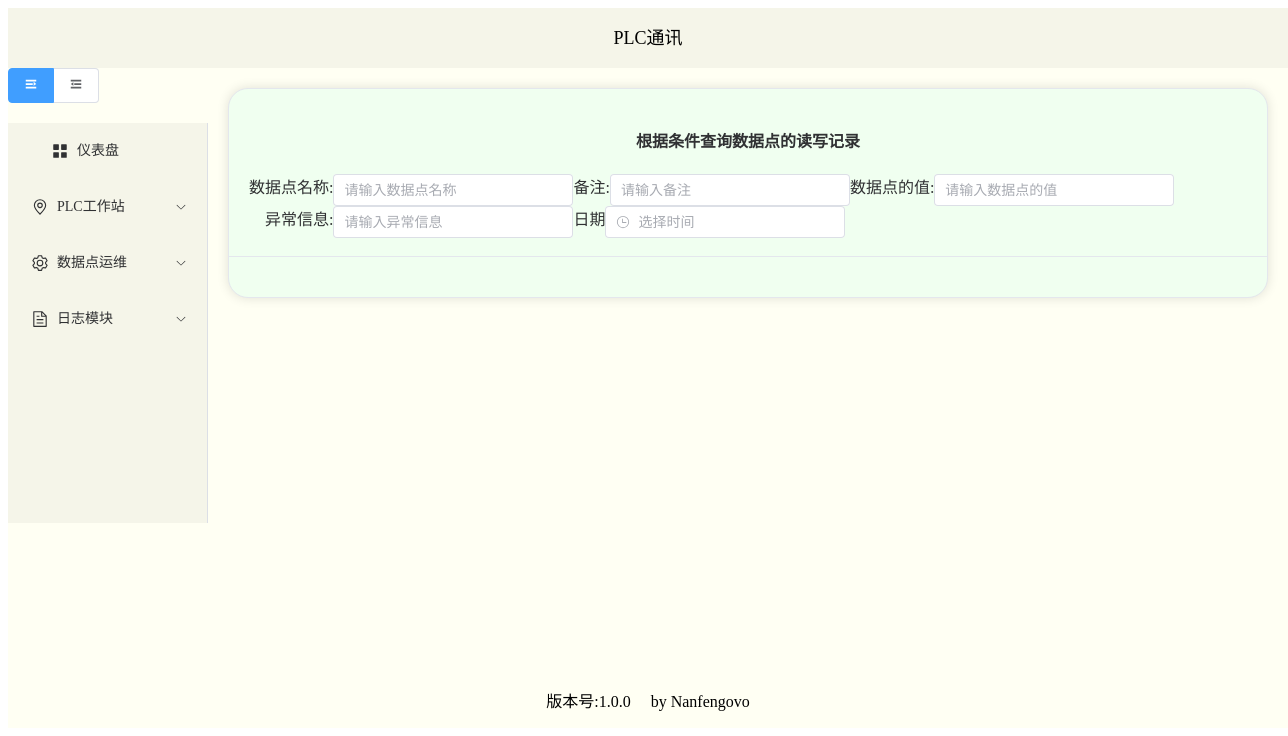
Repository: nanfengovo/HelperWorkStation
Page: /#/frameWork/PLCWorkstation/S7 (app in HelperWorkStation/plchelper-ui/)
These files come from the project's save history. The page is drawn as it stood at one moment and after the next save; the edit follows.
The browser window is 1280 px wide. The page is 1288 px wide, so the pictures cover 1288 px, including what lies to the right of the window. The pictures show the whole page.
The project was rebuilt for these pictures with package versions that can differ from the ones it lists, and the page was loaded fresh each time. Also part of the build but not shown: HelperWorkStation/plchelper-ui/vite.config.ts, HelperWorkStation/plchelper-ui/src/views/Login/index.vue.

Above is the page before, as saved 2025-02-15 23:59:28.

### HelperWorkStation/plchelper-ui/index.html
<!DOCTYPE html>
<html lang="">
  <head>
    <meta charset="UTF-8">
    <link rel="icon" href="/icon-park-outline--cpu.png">
    <meta name="viewport" content="width=device-width, initial-scale=1.0">
    <title>PLCHelper Station</title>
  </head>
  <body>
    <div id="app"></div>
    <script type="module" src="/src/main.ts"></script>
  </body>
</html>

<style>
  #app{
    /* display: flex;
    justify-content: center;
    align-items: center; */
    height: 100vh;
    width: 100vw;
  }
</style>

### HelperWorkStation/plchelper-ui/src/main.ts
// import './assets/main.css'

import { createApp } from 'vue'
import ElementPlus from 'element-plus'
import 'element-plus/dist/index.css'
import { createPinia } from 'pinia'

import App from './App.vue'
import * as ElementPlusIconsVue from '@element-plus/icons-vue'
//element-plus转换中文
import zhCn from 'element-plus/es/locale/lang/zh-cn'
import router from './router'

const app = createApp(App)
app.use(router)
for (const [key, component] of Object.entries(ElementPlusIconsVue)) {
    app.component(key, component)
    }
    app.use(ElementPlus, {
        locale: zhCn,
        })
app.use(createPinia())


app.mount('#app')

### HelperWorkStation/plchelper-ui/src/App.vue
<script setup lang="ts">
import {  RouterView } from 'vue-router'
import FrameWork from './views/FrameWork/index.vue'
import Login from './views/Login/index.vue'
</script>

<template>
  <div class="app">
    <RouterView />
  </div>

  <!-- <RouterView /> -->
</template>

<style scoped>
	html,body,#app{
      height: 100%;
      width: 100%;
	}
  .app{
    height: 100%;
    width: 100%;
  }
</style>

### HelperWorkStation/plchelper-ui/src/router/index.ts
import { createMemoryHistory, createRouter, createWebHashHistory, type RouteRecordRaw } from 'vue-router'
import frameWork from '../views/FrameWork/index.vue';
import Login from '../views/Login/index.vue';
import panel from '../views/FrameWork/layout/panel/index.vue';

// const routes: RouteRecordRaw[] = [];
const routes: Array<RouteRecordRaw> = [
    {
        path: '/',
        redirect: '/login'
    },
    {
        path: '/login',
        name: 'login',
        component: Login
    },
    {
        path: '/frameWork',
        name: '主页',
        component: frameWork,
        children: [
            {
                path: '/framework/panel',
                name: '仪表板',
                component: () => import('../views/FrameWork/layout/panel/index.vue'),
            },
            {
                path: '/frameWork/PLCWorkstation/Modbus',
                name: 'PLC工作站-Modbus',
                component: () => import('../views/FrameWork/layout/PLCWorkstation/Modbus/index.vue'),
            },
            {
                path: '/frameWork/PLCWorkstation/PLC',
                name: 'PLC工作站-PLC配置',
                component: () => import('../views/FrameWork/layout/PLCWorkstation/PLC/index.vue'),
            },
            {
                path: '/frameWork/PLCWorkstation/S7',
                name: 'PLC工作站-S7',
                component: () => import('../views/FrameWork/layout/PLCWorkstation/S7/index.vue'),
            },
            {
                path: '/frameWork/PLCWorkstation/OPC',
                name: 'PLC工作站-OPC',
                component: () => import('../views/FrameWork/layout/PLCWorkstation/OPC/index.vue'),
            },
            {
                path: '/frameWork/PLCWorkstation/FinsTCP',
                name: 'PLC工作站-FinsTCP',
                component: () => import('../views/FrameWork/layout/PLCWorkstation/FinsTCP/index.vue'),
            },
            {
                path: '/frameWork/DataPointOperations/Modbus',
                name: '数据点运维-Modbus',
                component: () => import('../views/FrameWork/layout/DataPointOperations/Modbus/index.vue'),
            },
            {
                path: '/frameWork/DataPointOperations/S7',
                name: '数据点运维-S7',
                component: () => import('../views/FrameWork/layout/DataPointOperations/S7/index.vue'),
            },
            {
            path: '/frameWork/DataPointOperations/S7/DB',
                        name: '数据点运维-S7-DB',
                        component: () => import('../views/FrameWork/layout/DataPointOperations/S7/DB/index.vue'),
            },
            {
                path: '/frameWork/DataPointOperations/Opc',
                name: '数据点运维-Opc',
                component: () => import('../views/FrameWork/layout/DataPointOperations/OPC/index.vue'),
            },
            {
                path: '/frameWork/DataPointOperations/FinsTCP',
                name: '数据点运维-FinsTCP',
                component: () => import('../views/FrameWork/layout/DataPointOperations/FinsTCP/index.vue'),
            },
            {
                path: '/frameWork/Log/Operation',
                name: '用户操作日志',
                component: () => import('../views/FrameWork/layout/Log/Operation/index.vue'),
            },
            {
                path: '/frameWork/Log/ReadWrite',
                name: '数据点读写日志',
                component: () => import('../views/FrameWork/layout/Log/ReadWrite/index.vue'),
            },

        ],


    },
];

const router = createRouter({
    history: createWebHashHistory(),
    routes,
});

export default router;

### HelperWorkStation/plchelper-ui/src/views/FrameWork/index.vue
<template>
    <div class="common-layout">
        <el-container>
            <div class="layout-header">
                <el-header>
                    PLC通讯
                </el-header>
            </div>
            <el-container>
                <el-aside width="200px" height="100vh" >
                    <el-radio-group v-model="isCollapse" style="margin-bottom: 20px">
                        <el-radio-button :value="false"><el-icon><Expand /></el-icon></el-radio-button>
                        <el-radio-button :value="true"><el-icon><Fold /></el-icon></el-radio-button>
                    </el-radio-group>
                    <el-menu
                        background-color="#f5f5e9"
                        default-active="1"
                        class="el-menu-vertical-demo"
                        :collapse="isCollapse"
                        @open="handleOpen"
                        @close="handleClose"
                        router
                    >
                        <el-menu-item index="/frameWork/panel">
                            <el-menu-item >
                                <el-icon><icon-menu /></el-icon>
                                <template #title>仪表盘</template>
                            </el-menu-item>
                        </el-menu-item>
                        <el-sub-menu index="2">
                        <template #title>
                            <el-icon><location /></el-icon>
                            <span>PLC工作站</span>
                        </template>
                        <el-menu-item-group >
                            <el-menu-item index="/frameWork/PLCWorkstation/PLC">PLC配置</el-menu-item>
                            <el-menu-item index="/frameWork/PLCWorkstation/Modbus">Modbus模块</el-menu-item>
                            <el-menu-item index="/frameWork/PLCWorkstation/S7">S7模块</el-menu-item>
                            <el-menu-item index="/frameWork/PLCWorkstation/OPC">OPC模块</el-menu-item>
                            <el-menu-item index="/frameWork/PLCWorkstation/FinsTCP">FinsTCP模块</el-menu-item>
                        </el-menu-item-group>
                        </el-sub-menu>
                        <el-sub-menu index="3">
                        <template #title>
                            <el-icon><Setting /></el-icon>
                            <span>数据点运维</span>
                        </template>
                        <el-menu-item-group >
                            <el-menu-item index="/frameWork/DataPointOperations/Modbus">Modbus数据点配置</el-menu-item>
                            <el-menu-item index="/frameWork/DataPointOperations/S7">S7数据点配置</el-menu-item>
                            <el-menu-item index="/frameWork/DataPointOperations/S7/DB">DB块配置</el-menu-item>
                            <el-menu-item index="/frameWork/DataPointOperations/Opc">OPC数据点配置</el-menu-item>
                            <el-menu-item index="/frameWork/DataPointOperations/FinsTCP">FinsTCP数据点模块</el-menu-item>
                        </el-menu-item-group>
                        </el-sub-menu>
                        <el-sub-menu index="4">
                        <template #title>
                            <el-icon><Document /></el-icon>
                            <span>日志模块</span>
                        </template>
                        <el-menu-item-group >
                            <el-menu-item index="/frameWork/Log/Operation">操作日志</el-menu-item>
                            <el-menu-item index="/frameWork/Log/ReadWrite">读写日志</el-menu-item>
                        </el-menu-item-group>
                        </el-sub-menu>
                    </el-menu>
                </el-aside>
                    <el-container>
                        <el-main>
                            <!-- <div class="main-header"> -->
                            <!-- <div class="main-header-breadcrumb"> -->
                                <!-- 面包屑 -->
                                <!-- <el-breadcrumb :separator-icon="ArrowRight"
                                                style="cursor: pointer; margin: 10px 0; display:inline-block;margin-left: 10px; ">
                                                <el-breadcrumb-item  >面包屑导航</el-breadcrumb-item>
                                </el-breadcrumb>
                            </div> -->
                            <!-- <div class="main-header-tab">
                                <el-tab>
                                    <el-tabs
                                    v-model="tablist"
                                    type="card"
                                    editable
                                    class="demo-tabs"
                                    @tab-click="pushTo"
                                >
                                    <el-tab-pane
                                    v-for="item in tablist"
                                    :key="item.name"
                                    :label="item.name"
                                    :name="item.name"
                                    >
                                    {{ item.path }}
                                    </el-tab-pane>
                                </el-tabs>
                                </el-tab>
                            </div> -->
                        <!-- </div> -->
                            <RouterView/>
                        </el-main>
                    </el-container>
            </el-container>
                <el-footer class="fixed-footer" >
                    <span>版本号:{{SoftVersion}}</span>&nbsp;&nbsp;&nbsp;&nbsp;
                    <span>by {{ SoftAuthor }}</span>
                </el-footer>
        </el-container>
    </div>
</template>

<script lang="ts" setup>
import { ref } from 'vue'
import { useRouter } from 'vue-router';
import routes from '../../router/index';
import {
    Document,
    Menu as IconMenu,
    Location,
    Setting,
    ArrowRight,
} from '@element-plus/icons-vue'
import type { TabPaneName } from 'element-plus'



const SoftVersion = ref('1.0.0')
const SoftAuthor = ref('Nanfengovo')


import { useRoute } from 'vue-router'
import router from '../../router/index';
const route = useRoute()
const pathList = ref()

console.log('route', route)// 获取当前路由
console.log('route.matched', route.matched)// 获取当前路由匹配到的路由记录
console.log('route.matched[0].children', route.matched[0].children)// 获取当前路由匹配到的路由记录

const tablist = ref(route.matched[0].children)
const isCollapse = ref(false)

let tabIndex = 1;

// const pushTo = (tab: TabPaneName) => {
//     router.push(tab)
// }


</script>

<style>
.el-menu-vertical-demo:not(.el-menu--collapse) {
    width: 200px;
    min-height: 400px;
}
.layout-header {
    background-color: #f5f5e9;
    color: black;
    text-align: center;
    line-height: 60px;
    font-size: 18px;
}

.common-layout{
    display: flex;
    flex-direction: column;
    min-height: 100vh;
    background-color: #fffff3;
}
.fixed-footer {
    background-color: #fffff3; /* 根据需要设置背景颜色 */
    padding: 10px; /* 根据需要设置内边距 */
    text-align: center; /* 根据需要设置文本对齐方式 */
    margin-bottom: 20px;
    height: 30px;
    font-size: 16px;
}
.main-header{
    border: red 1px solid;
    width: 100%;
    height: 30px;
}
/* .main-header-breadcrumb{
    border: green 1px solid;
    margin: 10px;
    width: 100%;
    height: 30px;
} */
.main-header-tab
{
    border: blue 1px solid;
    width: 100%;
    height: 30px;
}
.demo-tabs {
    border: 1px solid orangered;
    width: 60px;
    height: 30px;
    border-radius: 4px;
}
.demo-tabs>.el-tab-pane {
    border-bottom: 1px solid #ebeef5;
}
</style>

### HelperWorkStation/plchelper-ui/src/views/FrameWork/layout/PLCWorkstation/S7/index.vue
<template>
    <div class="Query">
        <el-card class="Query-card">
            <template #header>
                <div class="card-header">
                    <h4>根据条件查询数据点的读写记录</h4>
                </div>
                <el-row>
                    <el-label>
                        数据点名称:
                    </el-label>
                    <el-input v-model="dbName" placeholder="请输入数据点名称" clearable />
                    <el-label>
                        备注:
                    </el-label>
                    <el-input v-model="remark" placeholder="请输入备注" clearable/>
                    <el-label>
                        数据点的值:
                    </el-label>
                    <el-input v-model="result" placeholder="请输入数据点的值" clearable/>
                </el-row>
                <el-row>
                    <el-label>
                        &nbsp;&nbsp;&nbsp;&nbsp;异常信息:
                    </el-label>
                    <el-input v-model="exceptionInfo" placeholder="请输入异常信息" clearable/>
                    <el-label>
                        日期
                    </el-label>
                    <el-date-picker
                        v-model="value1"
                        type="datetime"
                        placeholder="选择时间"
                        format="YYYY-MM-DD HH:mm:ss"
                        date-format="MMM DD, YYYY"
                        time-format="HH:mm"
                    />
                </el-row>
            </template>

        </el-card>
    </div>
</template>
<script setup lang="ts">

</script>
<style>
.Query{
    display: grid;
}
.Query-card{
    background-color: #F0FFF0;
    border-radius: 20px;
}
.card-header{
    text-align: center;
}
.Query-card .el-input{
    width: 240px;
}
</style>

After the next save:
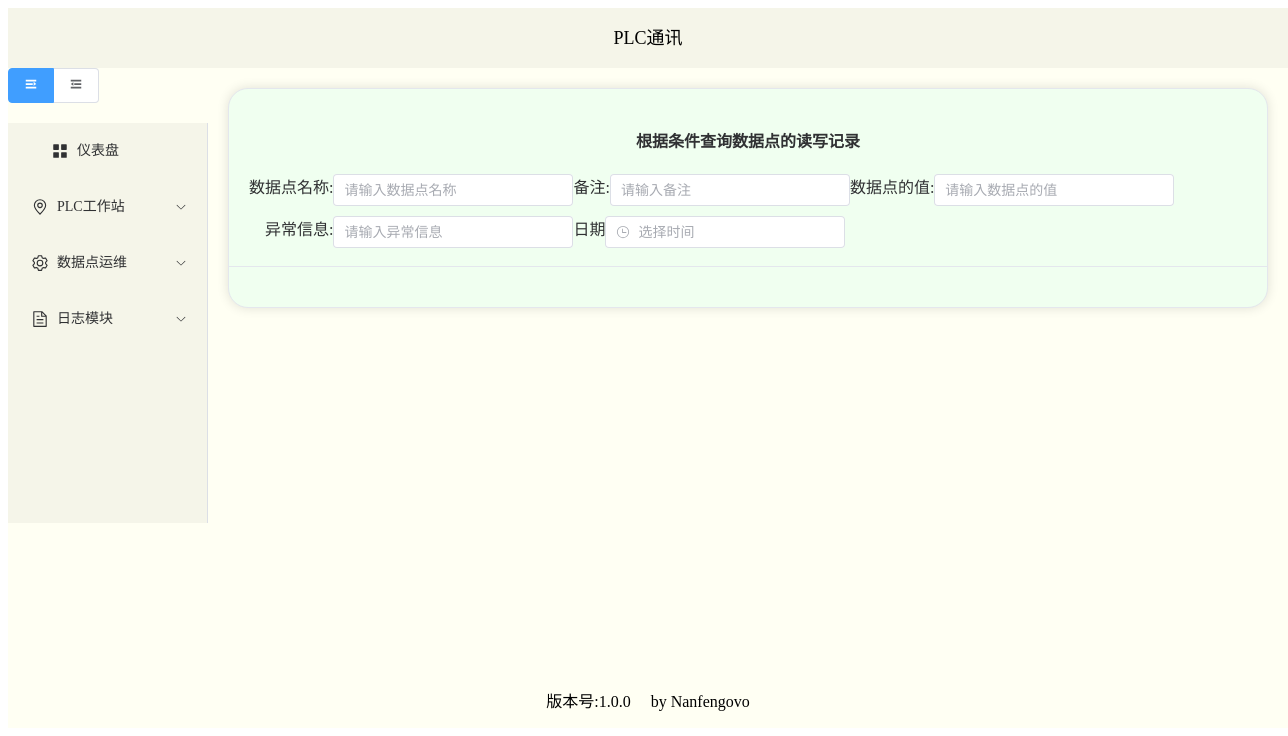
Saved 2 min 52 s later.
--- a/HelperWorkStation/plchelper-ui/src/views/FrameWork/layout/PLCWorkstation/S7/index.vue
+++ b/HelperWorkStation/plchelper-ui/src/views/FrameWork/layout/PLCWorkstation/S7/index.vue
@@ -5,7 +5,7 @@
                 <div class="card-header">
                     <h4>根据条件查询数据点的读写记录</h4>
                 </div>
-                <el-row>
+                <el-row class="row1">
                     <el-label>
                         数据点名称:
                     </el-label>
@@ -19,7 +19,7 @@
                     </el-label>
                     <el-input v-model="result" placeholder="请输入数据点的值" clearable/>
                 </el-row>
-                <el-row>
+                <el-row class="row2">
                     <el-label>
                         &nbsp;&nbsp;&nbsp;&nbsp;异常信息:
                     </el-label>
@@ -58,4 +58,7 @@
 .Query-card .el-input{
     width: 240px;
 }
+.row2{
+    margin-top: 10px;
+}
 </style>
